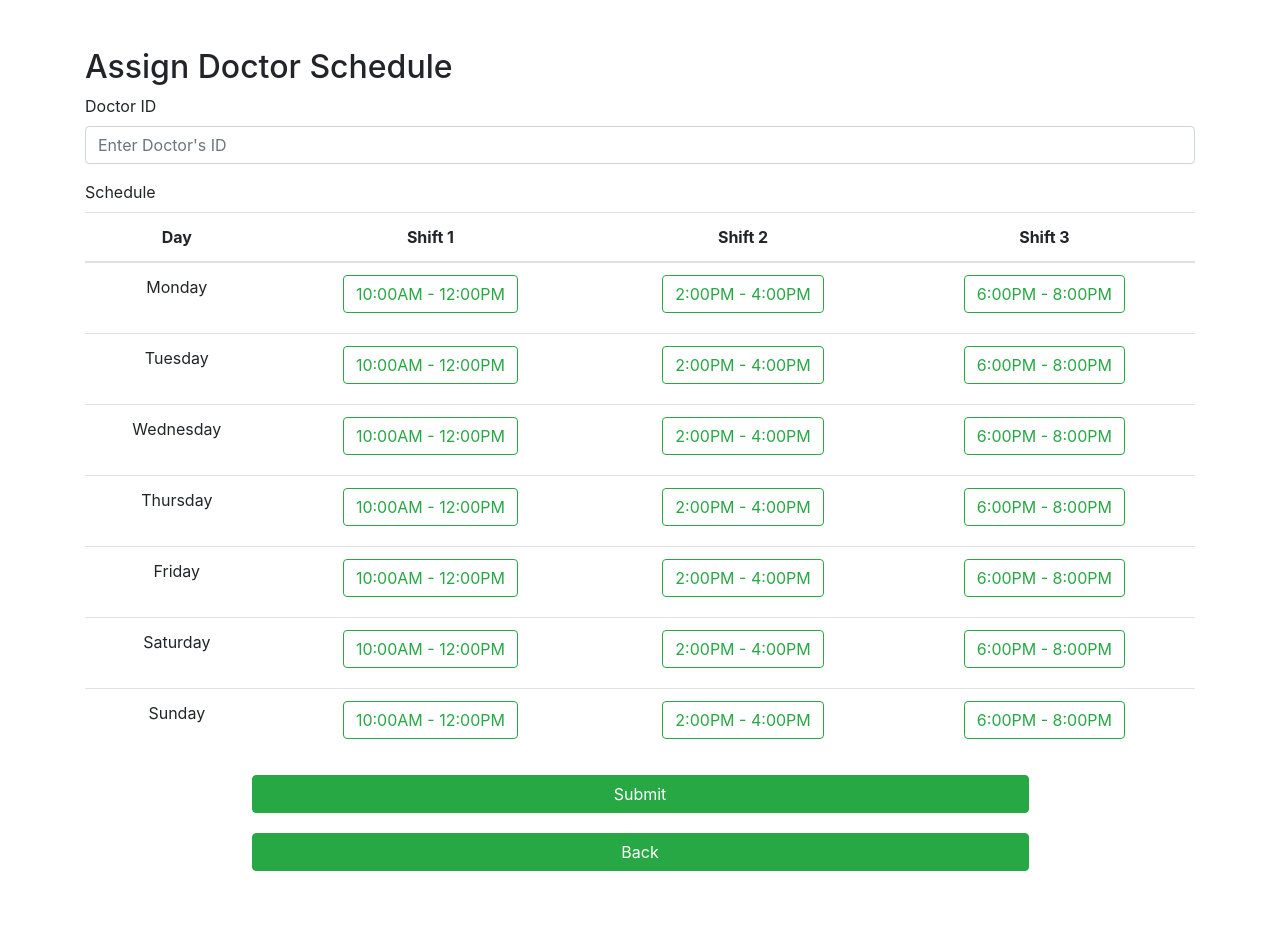
Repository: theonlymono/FitfinityHealthcareWebsiteJ2EE
Page: http://localhost/Fitfinity/DrSchedule.jsp
The author's editor kept a copy of each file at every save. The page is drawn from the files as they stood at one save, then again after the next save.
The browser window is 1280 px wide. The pictures show the whole page.
Some web libraries are served in a nearby version. The page is served by Tomcat 9.

Above is the page before, as saved 2024-02-27 18:27:31.

After the next save:
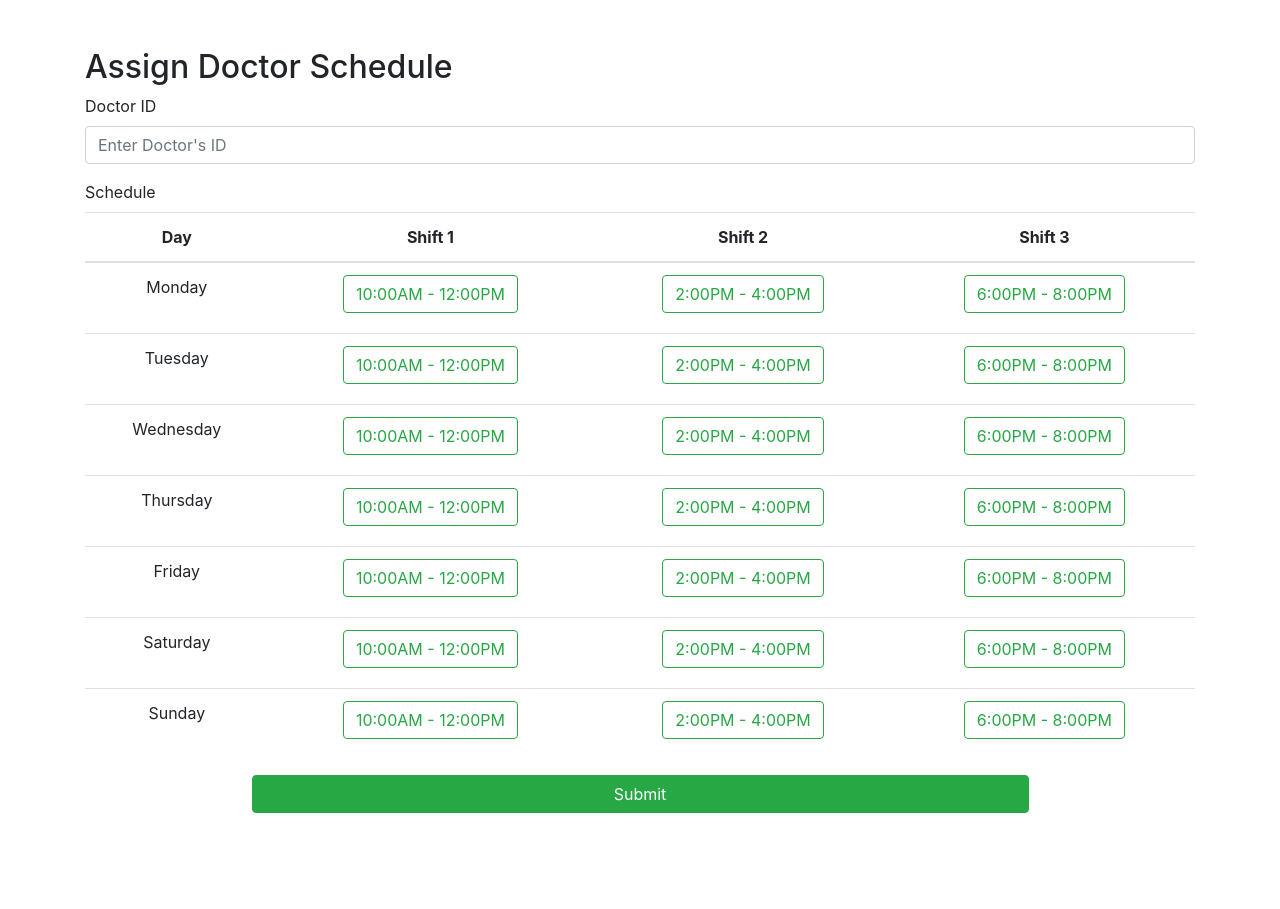
Saved 15 s later.
--- a/fitfinity/Fitfinity/WebContent/DrSchedule.jsp
+++ b/fitfinity/Fitfinity/WebContent/DrSchedule.jsp
@@ -180,7 +180,7 @@
       </div>
       <button style="margin-left: 15%; width: 70%; " type="submit" class="btn btn-success">Submit</button>
     </form>
-    <button style="margin-top: 20px; margin-left: 15%; width: 70%; " type="submit" class="btn btn-success">Back</button>
+
     <br>
     <br>
     <br>

After the 2 saves that followed:
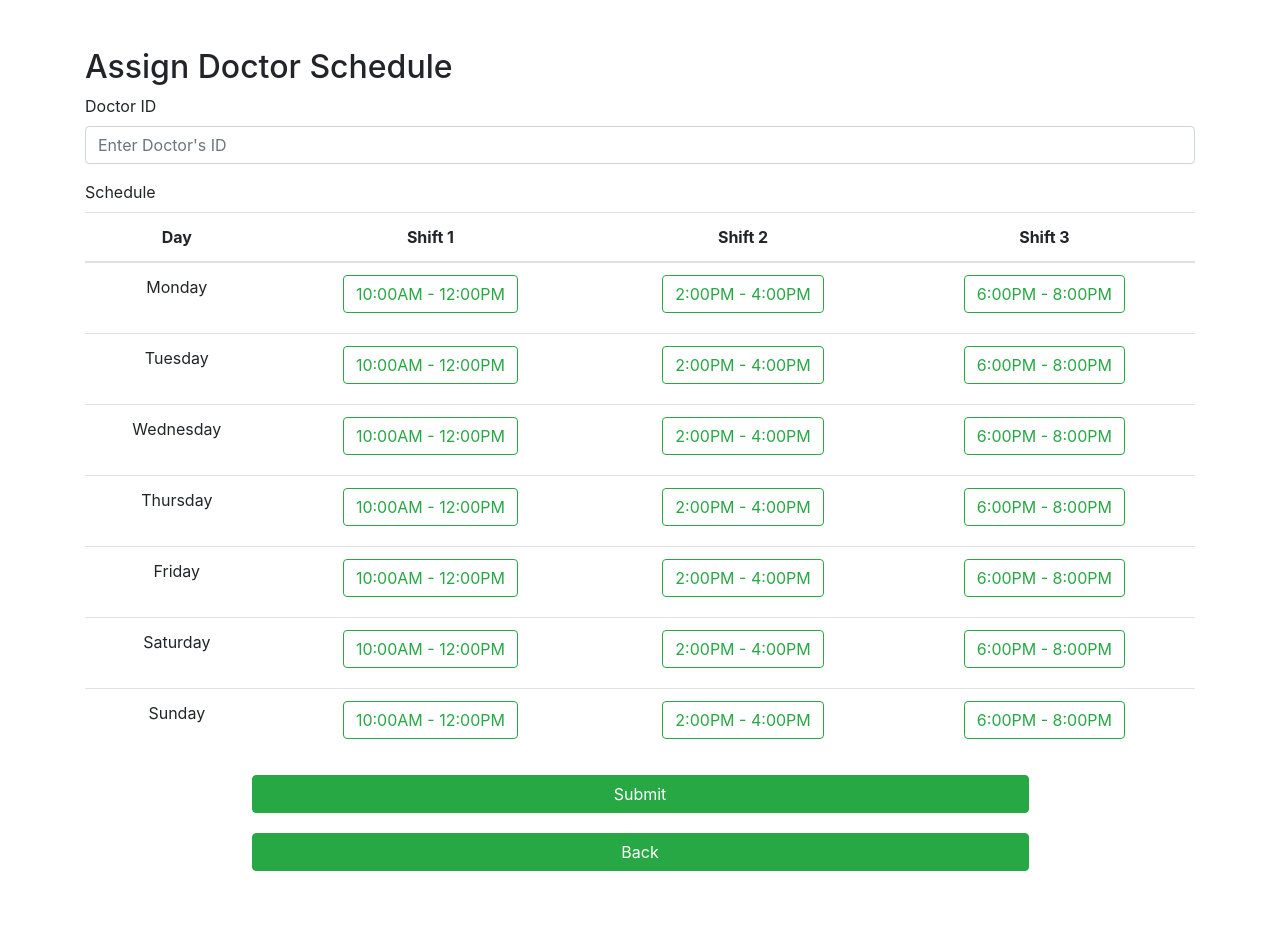
The 2 saves are shown as one change because they came seconds apart.
The last was saved 6 s later.
--- a/fitfinity/Fitfinity/WebContent/DrSchedule.jsp
+++ b/fitfinity/Fitfinity/WebContent/DrSchedule.jsp
@@ -180,7 +180,7 @@
       </div>
       <button style="margin-left: 15%; width: 70%; " type="submit" class="btn btn-success">Submit</button>
     </form>
-
+    <a><button style="margin-top: 20px; margin-left: 15%; width: 70%; " type="submit" class="btn btn-success">Back</button></a>
     <br>
     <br>
     <br>
